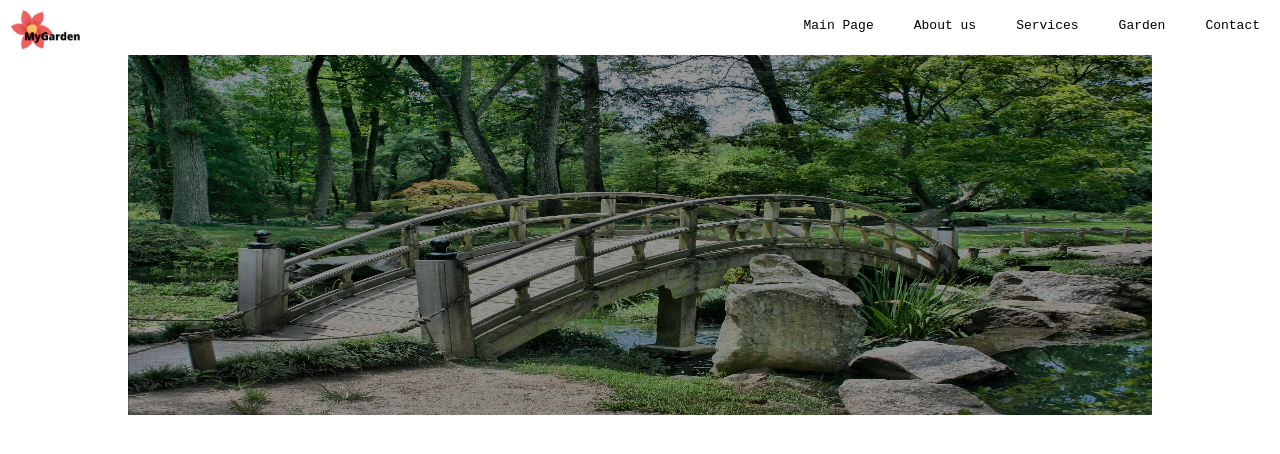
Repository: PatryxB/garden
Page: http://localhost/
An editor plug-in stored every save of this project. The page is shown before and after the next save, followed by the edit.
The browser window is 1280 px wide. The pictures show the whole page.
Some web fonts or font styles are not loaded; a fallback is used. The page is served by the project's Laravel application, run on PHP 8.4 with Laravel 8. Style sheets and scripts are compiled from the project's sources, by tool versions that may differ from the author's.

Above is the page before, as saved 2020-05-01 21:40:25.

After the next save:
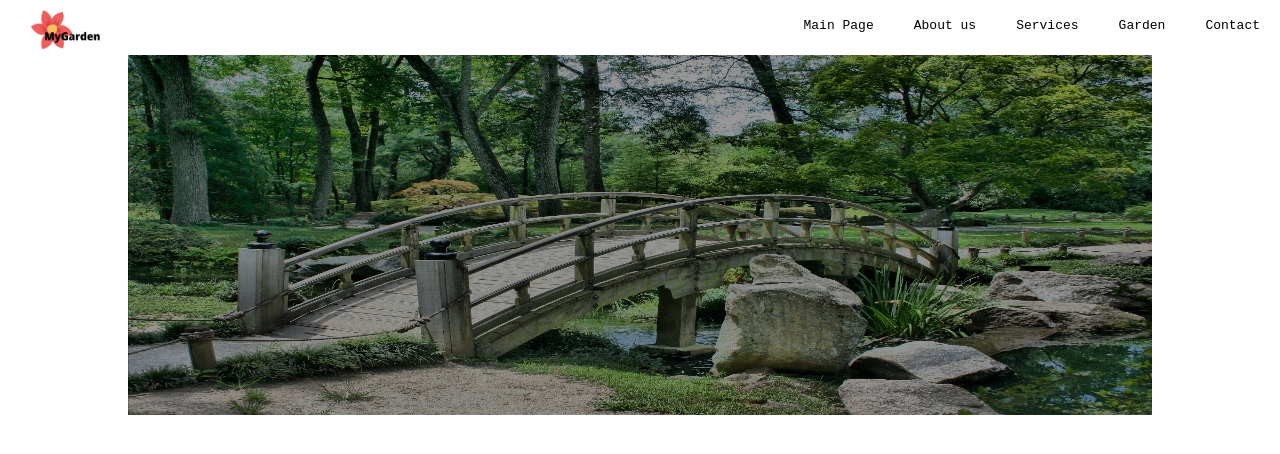
Saved 8 s later.
--- a/resources/views/welcome.blade.php
+++ b/resources/views/welcome.blade.php
@@ -13,7 +13,7 @@
     <body>
 
         <nav>
-            <img src="{{asset('/img/MyGarden.png')}}" width="70" height="40" style="margin-top:10px;margin-left:10px">
+            <img src="{{asset('/img/MyGarden.png')}}" width="70" height="40" style="margin-top:10px;margin-left:30px">
             <ul>
                 <li><a href="">Main Page</a></li>
                 <li><a href="">About us</a></li>
